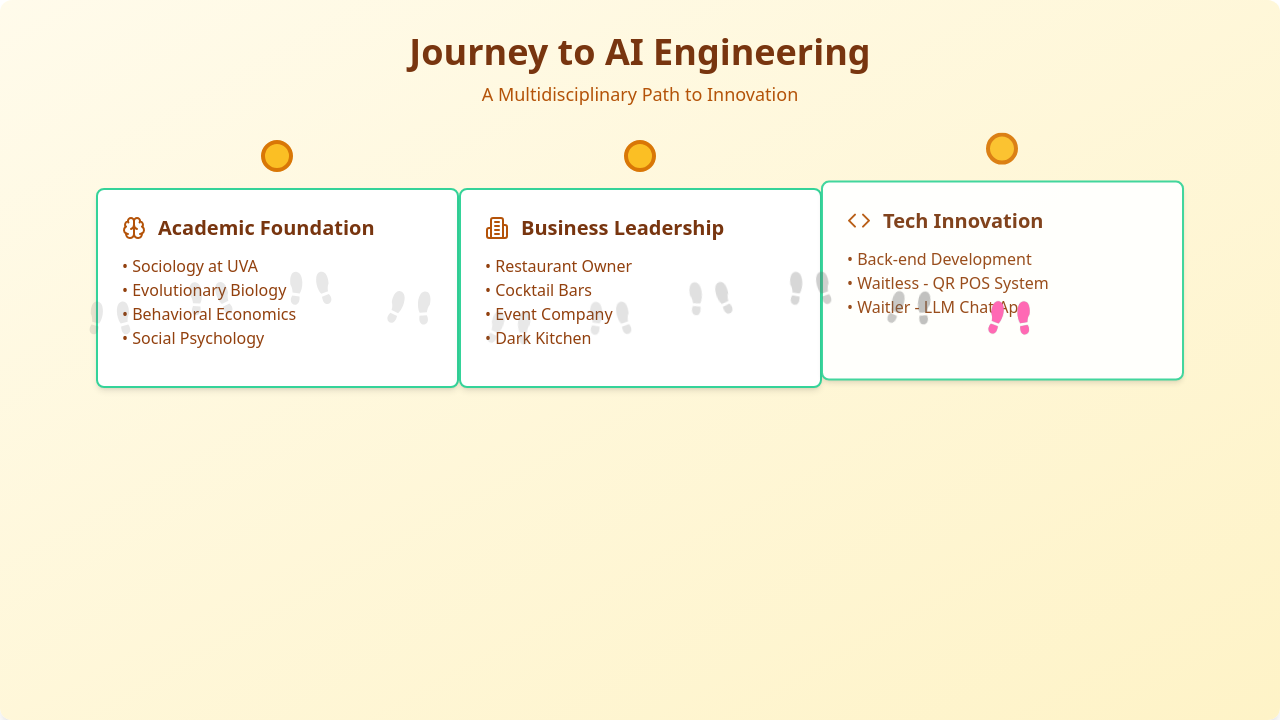
Repository: Galbaz1/dell_presentation
Page: /
The author's editor kept a copy of each file at every save. The page is drawn from the files as they stood at one save, then again after a run of saves.
The browser window is 1280 px wide. The pictures show the whole page.
The project was rebuilt for these pictures with package versions that can differ from the ones it lists, and the page was loaded fresh each time. The framework's server and built-in components were replaced by stand-ins that run in the browser.

Above is the page before, as saved 2024-11-11 13:19:58.

### pages/_app.tsx
import '../styles/globals.css'
import '../styles/speaker_intro.css'
import type { AppProps } from 'next/app'

function MyApp({ Component, pageProps }: AppProps) {
  return <Component {...pageProps} />
}

export default MyApp

### pages/index.tsx
import React from 'react';
import { Brain, Building2, Code, Users, ArrowRight, RefreshCcw } from 'lucide-react';
import FootstepsAnimation from '../components/FootstepsAnimation';

const SpeakerSlide: React.FC = () => {
  return (
    <div className="bg-gradient-to-br from-amber-50 to-amber-100 p-8 rounded-xl shadow-lg min-h-screen overflow-hidden">
      {/* Header */}
      <div className="mb-12 text-center">
        <h1 className="text-4xl font-bold text-amber-900 mb-2">Journey to AI Engineering</h1>
        <p className="text-lg text-amber-700">A Multidisciplinary Path to Innovation</p>
      </div>

      {/* Journey Map */}
      <div className="relative mb-16 mx-auto max-w-[1400px]">
        <FootstepsAnimation />
        {/* Journey Stations */}
        <div className="relative flex justify-between items-center px-16">
          {/* Academic Foundation */}
          <div className="w-96 relative fall-animation">
            <div className="absolute -top-4 left-1/2 transform -translate-x-1/2">
              <div className="w-8 h-8 rounded-full bg-amber-400 border-4 border-amber-600" />
            </div>
            <div className="bg-white p-6 rounded-lg shadow-md mt-8 h-[200px] flex flex-col border-2 border-emerald-400">
              <h2 className="text-xl font-semibold text-amber-900 mb-3 flex items-center">
                <Brain className="mr-3 text-amber-700 w-6 h-6" /> Academic Foundation
              </h2>
              <ul className="text-base text-amber-800 flex-1">
                <li>• Sociology at UVA</li>
                <li>• Evolutionary Biology</li>
                <li>• Behavioral Economics</li>
                <li>• Social Psychology</li>
              </ul>
            </div>
          </div>

          {/* Business Experience */}
          <div className="w-96 relative fall-animation fall-animation-delay-1">
            <div className="absolute -top-4 left-1/2 transform -translate-x-1/2">
              <div className="w-8 h-8 rounded-full bg-amber-400 border-4 border-amber-600" />
            </div>
            <div className="bg-white p-6 rounded-lg shadow-md mt-8 h-[200px] flex flex-col border-2 border-emerald-400">
              <h2 className="text-xl font-semibold text-amber-900 mb-3 flex items-center">
                <Building2 className="mr-3 text-amber-700 w-6 h-6" /> Business Leadership
              </h2>
              <ul className="text-base text-amber-800 flex-1">
                <li>• Restaurant Owner</li>
                <li>• Cocktail Bars</li>
                <li>• Event Company</li>
                <li>• Dark Kitchen</li>
              </ul>
            </div>
          </div>

          {/* Tech Innovation */}
          <div className="w-96 relative fall-animation fall-animation-delay-2">
            <div className="absolute -top-4 left-1/2 transform -translate-x-1/2">
              <div className="w-8 h-8 rounded-full bg-amber-400 border-4 border-amber-600" />
            </div>
            <div className="bg-white p-6 rounded-lg shadow-md mt-8 h-[200px] flex flex-col border-2 border-emerald-400">
              <h2 className="text-xl font-semibold text-amber-900 mb-3 flex items-center">
                <Code className="mr-3 text-amber-700 w-6 h-6" /> Tech Innovation
              </h2>
              <ul className="text-base text-amber-800 flex-1">
                <li>• Back-end Development</li>
                <li>• Waitless - QR POS System</li>
                <li>• Waitler - LLM Chat App</li>
              </ul>
            </div>
          </div>
        </div>
      </div>

      {/* Current Roles Synergy Circle */}
      <div className="relative max-w-[1200px] mx-auto mt-24">
        {/* Synergy Arrows */}
        <div className="absolute left-0 right-0 mx-auto w-28 top-[80px] synergy-animation z-10">
          <div className="relative w-full h-full">
            <RefreshCcw className="w-full h-full text-amber-600 animate-spin-slow" />
            <div className="absolute top-1/2 left-1/2 transform -translate-x-1/2 -translate-y-1/2 text-sm text-amber-800 font-semibold bg-white px-3 py-1 rounded">
              Synergy
            </div>
          </div>
        </div>

        <div className="flex justify-between items-center synergy-animation px-16">
          {/* AI Engineering Role */}
          <div className="w-[480px] bg-white p-8 rounded-lg shadow-md border-2 border-amber-400 h-[160px] flex flex-col">
            <h2 className="text-2xl font-semibold text-amber-900 mb-3 flex items-center">
              <Brain className="mr-3 text-amber-700 w-6 h-6" /> AI Engineering
            </h2>
            <p className="text-base text-amber-800">
              Freelance AI solutions architect combining technical expertise with business acumen
            </p>
          </div>

          {/* AI Builders Role */}
          <div className="w-[480px] bg-white p-8 rounded-lg shadow-md border-2 border-amber-400 h-[160px] flex flex-col">
            <h2 className="text-2xl font-semibold text-amber-900 mb-3 flex items-center">
              <Users className="mr-3 text-amber-700 w-6 h-6" /> AI Builders Club
            </h2>
            <p className="text-base text-amber-800">
              Community lead fostering AI innovation in Amsterdam, Rotterdam, and Berlin
            </p>
          </div>
        </div>
      </div>
    </div>
  );
};

export default SpeakerSlide;

### styles/speaker_intro.css
@keyframes spin-slow {
  from {
    transform: rotate(0deg);
  }
  to {
    transform: rotate(360deg);
  }
}

.animate-spin-slow {
  animation: spin-slow 20s linear infinite;
}

@keyframes fallIn {
  0% {
    transform: translateY(-100vh) rotate(0deg);
    opacity: 0;
  }
  60% {
    transform: translateY(20px) rotate(720deg);
  }
  80% {
    transform: translateY(-10px) rotate(720deg);
  }
  100% {
    transform: translateY(0) rotate(720deg);
    opacity: 1;
  }
}

@keyframes footsteps {
  0% {
    clip-path: inset(0 100% 0 0);
  }
  100% {
    clip-path: inset(0 0 0 0);
  }
}

@keyframes dotted-line {
  0% {
    stroke-dashoffset: 1000;
  }
  100% {
    stroke-dashoffset: 0;
  }
}

@keyframes synergy-appear {
  0% {
    transform: scale(0) rotate(0deg);
    opacity: 0;
  }
  100% {
    transform: scale(1) rotate(360deg);
    opacity: 1;
  }
}

.fall-animation {
  opacity: 0;
  animation: fallIn 2s cubic-bezier(0.25, 0.46, 0.45, 0.94) forwards;
}

.fall-animation-delay-1 {
  animation-delay: 2s;
}

.fall-animation-delay-2 {
  animation-delay: 4s;
}

.footsteps-path {
  stroke-dasharray: 10;
  stroke-dashoffset: 1000;
  animation: dotted-line 1.5s ease-in-out forwards;
}

.footsteps-animation-1 {
  animation-delay: 1.5s;
}

.footsteps-animation-2 {
  animation-delay: 3.5s;
}

.synergy-animation {
  opacity: 0;
  animation: synergy-appear 2s cubic-bezier(0.34, 1.56, 0.64, 1) forwards;
  animation-delay: 6s;
}

/* Footsteps styling */
.footstep {
  position: absolute;
  width: 24px;
  height: 36px;
  fill: #ff69b4;
  opacity: 1;
  transform-origin: center;
  z-index: 51;
}

.footstep.active {
  opacity: 1;
}

.footstep.trail {
  fill: #666;
  opacity: 0.5;
}

.ghost-trail .footstep {
  fill: #666;
  opacity: 0.5;
}

/* First block path animation */
@keyframes first-block-path {
  0% { transform: translate(0, 0) rotate(0deg); opacity: 0; }
  5% { transform: translate(0, 0) rotate(0deg); opacity: 1; }
  20% { transform: translate(-100px, 0) rotate(-90deg); }
  35% { transform: translate(-100px, 100px) rotate(-90deg); }
  50% { transform: translate(0, 100px) rotate(0deg); }
  65% { transform: translate(0, 0) rotate(90deg); }
  80% { transform: translate(100px, 0) rotate(90deg); }
  95% { transform: translate(100px, 0) rotate(90deg); opacity: 1; }
  100% { transform: translate(100px, 0) rotate(90deg); opacity: 0; }
}

.first-block-path .left-step {
  animation: first-block-path 4s ease-in-out forwards;
}

.first-block-path .right-step {
  animation: first-block-path 4s ease-in-out 0.5s forwards;
}

/* Second block path animation */
@keyframes second-block-path {
  /* Similar to first-block-path but adjusted for second block position */
}

.second-block-path .left-step {
  animation: second-block-path 4s ease-in-out 4s forwards;
}

.second-block-path .right-step {
  animation: second-block-path 4s ease-in-out 4.5s forwards;
}

/* Third block path animation */
@keyframes third-block-path {
  /* Similar to previous paths but adjusted for third block position */
}

.third-block-path .left-step {
  animation: third-block-path 4s ease-in-out 8s forwards;
}

.third-block-path .right-step {
  animation: third-block-path 4s ease-in-out 8.5s forwards;
}

/* Trail effect */
.footstep-trail {
  position: absolute;
  opacity: 0.3;
  transition: opacity 0.5s ease-out;
}

.footstep-trail.fade {
  opacity: 0;
}

.ghost-trail {
  position: absolute;
  fill: #666;
  opacity: 0.5;
  transition: opacity 1s ease-out;
  z-index: 50;
}

.ghost-trail-container {
  position: fixed;
  top: 0;
  left: 0;
  width: 100%;
  height: 100%;
  pointer-events: none;
  z-index: 50;
  overflow: hidden;
}

### components/FootstepsAnimation.tsx
import React, { useEffect, useRef } from 'react';
import gsap from 'gsap';

interface FootProps {
  ref: React.RefObject<SVGSVGElement>;
}

const RightFootprint = React.forwardRef<SVGSVGElement>((_, ref) => (
  <svg
    ref={ref}
    width="24"
    height="36"
    viewBox="0 0 16 32"
    fill="currentColor"
    xmlns="http://www.w3.org/2000/svg"
    className="footstep right-step"
  >
    <path d="M5.058 20.918l6.21-1.664c-0.204-2.22 0-4.745 1.205-7.11 0.18-6.195-1.867-11.962-6.835-10.631-5.468 1.465-4.865 13.899-0.58 19.404v0zM5.468 23.537c0.343 11.974 12.512 6.497 6.318-1.693l-6.318 1.693z" />
  </svg>
));

const LeftFootprint = React.forwardRef<SVGSVGElement>((_, ref) => (
  <svg
    ref={ref}
    width="24"
    height="36"
    viewBox="20 0 16 32"
    fill="currentColor"
    xmlns="http://www.w3.org/2000/svg"
    className="footstep left-step"
  >
    <path d="M27.227 20.917l-6.21-1.664c0.204-2.22-0-4.745-1.205-7.11-0.18-6.195 1.867-11.962 6.835-10.631 5.468 1.466 4.865 13.9 0.58 19.404v0zM26.818 23.536c-0.343 11.973-12.512 6.497-6.318-1.693l6.318 1.693z" />
  </svg>
));

const FootstepsAnimation: React.FC = () => {
  const leftFootRef = useRef<SVGSVGElement>(null);
  const rightFootRef = useRef<SVGSVGElement>(null);
  const ghostTrailRef = useRef<HTMLDivElement>(null);

  useEffect(() => {
    if (!leftFootRef.current || !rightFootRef.current || !ghostTrailRef.current) return;

    // Simplified flowing path from left to right
    const flowingPath = [
      { x: 100, y: 300 },    // Start at left circle
      { x: 200, y: 280 },    // Flow up slightly
      { x: 300, y: 270 },    // Continue up
      { x: 400, y: 290 },    // Start flowing down
      { x: 500, y: 310 },    // Continue down
      { x: 600, y: 300 },    // Level out at middle
      { x: 700, y: 280 },    // Start flowing up again
      { x: 800, y: 270 },    // Peak
      { x: 900, y: 290 },    // Start flowing down
      { x: 1000, y: 300 },   // End at right circle
    ];

    const createGhostTrail = (
      element: SVGSVGElement,
      x: number,
      y: number,
      rotation: number = 0
    ): void => {
      if (!ghostTrailRef.current) return;

      const ghost = element.cloneNode(true) as SVGSVGElement;
      ghost.style.position = 'absolute';
      ghost.style.left = `${x}px`;
      ghost.style.top = `${y}px`;
      ghost.style.transform = `rotate(${rotation}deg)`;
      ghost.classList.add('ghost-trail');

      ghostTrailRef.current.appendChild(ghost);

      // Fade to semi-transparent instead of completely invisible
      gsap.to(ghost, {
        opacity: 0.15,  // Keep a visible trail
        duration: 2,
        ease: "power1.out",
      });
    };

    const animateFootstep = (
      foot: SVGSVGElement,
      path: Array<{x: number, y: number}>,
      delay: number,
      isLeft: boolean
    ): void => {
      path.forEach((point, index) => {
        const prevPoint = index > 0 ? path[index - 1] : point;
        const rotation = Math.atan2(point.y - prevPoint.y, point.x - prevPoint.x) * 180 / Math.PI;

        gsap.to(foot, {
          x: point.x + (isLeft ? -12 : 12),
          y: point.y,
          rotation: rotation,
          duration: 0.5,
          delay: delay + (index * 0.5),
          ease: "power2.inOut",
          onComplete: () => createGhostTrail(
            foot,
            point.x + (isLeft ? -12 : 12),
            point.y,
            rotation
          ),
        });
      });
    };

    // Start animations with proper timing
    const timeline = gsap.timeline();

    // Animate both feet along the flowing path
    animateFootstep(leftFootRef.current, flowingPath, 0, true);
    animateFootstep(rightFootRef.current, flowingPath, 0.25, false);

    return () => {
      timeline.kill();
    };
  }, []);

  return (
    <div className="fixed inset-0 pointer-events-none" style={{ zIndex: 50 }}>
      <div
        ref={ghostTrailRef}
        className="ghost-trail-container"
        style={{ zIndex: 50 }}
      />
      <LeftFootprint ref={leftFootRef} />
      <RightFootprint ref={rightFootRef} />
    </div>
  );
};

RightFootprint.displayName = 'RightFootprint';
LeftFootprint.displayName = 'LeftFootprint';

export default FootstepsAnimation;

### tailwind.config.js
/** @type {import('tailwindcss').Config} */
module.exports = {
  content: [
    "./pages/**/*.{js,ts,jsx,tsx}",
    "./components/**/*.{js,ts,jsx,tsx}",
    "./styles/**/*.css",
  ],
  theme: {
    extend: {},
  },
  plugins: [],
}

Loaded but not shown: styles/globals.css (common file)

After the next 2 saves:
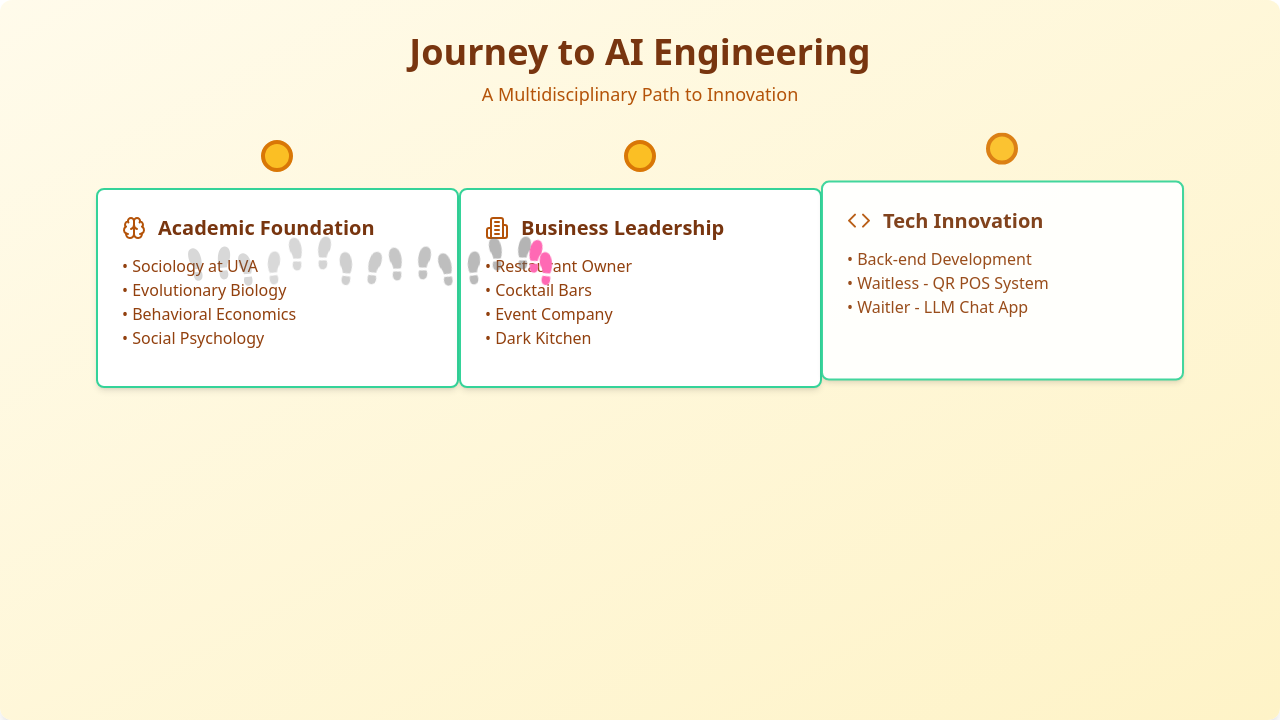
The 2 saves are shown as one change because they came seconds apart.
The last was saved 4 min 50 s later.
--- a/components/FootstepsAnimation.tsx
+++ b/components/FootstepsAnimation.tsx
@@ -41,18 +41,24 @@ const FootstepsAnimation: React.FC = () => {
   useEffect(() => {
     if (!leftFootRef.current || !rightFootRef.current || !ghostTrailRef.current) return;
 
-    // Simplified flowing path from left to right
+    // River-like flowing path with gentle curves
     const flowingPath = [
-      { x: 100, y: 300 },    // Start at left circle
-      { x: 200, y: 280 },    // Flow up slightly
-      { x: 300, y: 270 },    // Continue up
-      { x: 400, y: 290 },    // Start flowing down
-      { x: 500, y: 310 },    // Continue down
-      { x: 600, y: 300 },    // Level out at middle
-      { x: 700, y: 280 },    // Start flowing up again
-      { x: 800, y: 270 },    // Peak
-      { x: 900, y: 290 },    // Start flowing down
-      { x: 1000, y: 300 },   // End at right circle
+      // Start at first orange circle
+      { x: 200, y: 250 },    // Starting position
+      { x: 250, y: 245 },    // Slight upward curve
+      { x: 300, y: 240 },    // Continue gentle rise
+      { x: 350, y: 245 },    // Start subtle dip
+      { x: 400, y: 250 },    // Return to middle height
+      // Middle section (to second circle)
+      { x: 450, y: 245 },    // Begin second curve up
+      { x: 500, y: 240 },    // Peak of middle curve
+      { x: 550, y: 245 },    // Start descending
+      { x: 600, y: 250 },    // Level at second circle
+      // Final section (to third circle)
+      { x: 650, y: 245 },    // Final curve begins
+      { x: 700, y: 240 },    // Last gentle rise
+      { x: 750, y: 245 },    // Approaching end
+      { x: 800, y: 250 },    // End at third circle
     ];
 
     const createGhostTrail = (
@@ -72,11 +78,11 @@ const FootstepsAnimation: React.FC = () => {
 
       ghostTrailRef.current.appendChild(ghost);
 
-      // Fade to semi-transparent instead of completely invisible
+      // Maintain more visible ghost trail
       gsap.to(ghost, {
-        opacity: 0.15,  // Keep a visible trail
-        duration: 2,
-        ease: "power1.out",
+        opacity: 0.25,  // Increased visibility
+        duration: 3,    // Longer duration
+        ease: "none",   // Linear fade for consistent trail
       });
     };
 
@@ -88,20 +94,26 @@ const FootstepsAnimation: React.FC = () => {
     ): void => {
       path.forEach((point, index) => {
         const prevPoint = index > 0 ? path[index - 1] : point;
-        const rotation = Math.atan2(point.y - prevPoint.y, point.x - prevPoint.x) * 180 / Math.PI;
+        const nextPoint = index < path.length - 1 ? path[index + 1] : point;
+
+        // Calculate rotation based on current direction of movement
+        const rotation = Math.atan2(
+          nextPoint.y - prevPoint.y,
+          nextPoint.x - prevPoint.x
+        ) * 180 / Math.PI;
 
         gsap.to(foot, {
-          x: point.x + (isLeft ? -12 : 12),
-          y: point.y,
-          rotation: rotation,
-          duration: 0.5,
-          delay: delay + (index * 0.5),
+          x: point.x + (isLeft ? -12 : 12),  // Lateral offset for left/right foot
+          y: point.y + (index % 2 ? 5 : -5), // Slight vertical alternation
+          rotation: rotation + (isLeft ? -15 : 15), // Angle feet slightly outward
+          duration: 0.6,    // Slower, more natural step timing
+          delay: delay + (index * 0.7), // More time between steps
           ease: "power2.inOut",
           onComplete: () => createGhostTrail(
             foot,
             point.x + (isLeft ? -12 : 12),
-            point.y,
-            rotation
+            point.y + (index % 2 ? 5 : -5),
+            rotation + (isLeft ? -15 : 15)
           ),
         });
       });
@@ -110,9 +122,9 @@ const FootstepsAnimation: React.FC = () => {
     // Start animations with proper timing
     const timeline = gsap.timeline();
 
-    // Animate both feet along the flowing path
+    // Animate both feet with slight offset for natural walking
     animateFootstep(leftFootRef.current, flowingPath, 0, true);
-    animateFootstep(rightFootRef.current, flowingPath, 0.25, false);
+    animateFootstep(rightFootRef.current, flowingPath, 0.35, false); // Increased offset
 
     return () => {
       timeline.kill();
